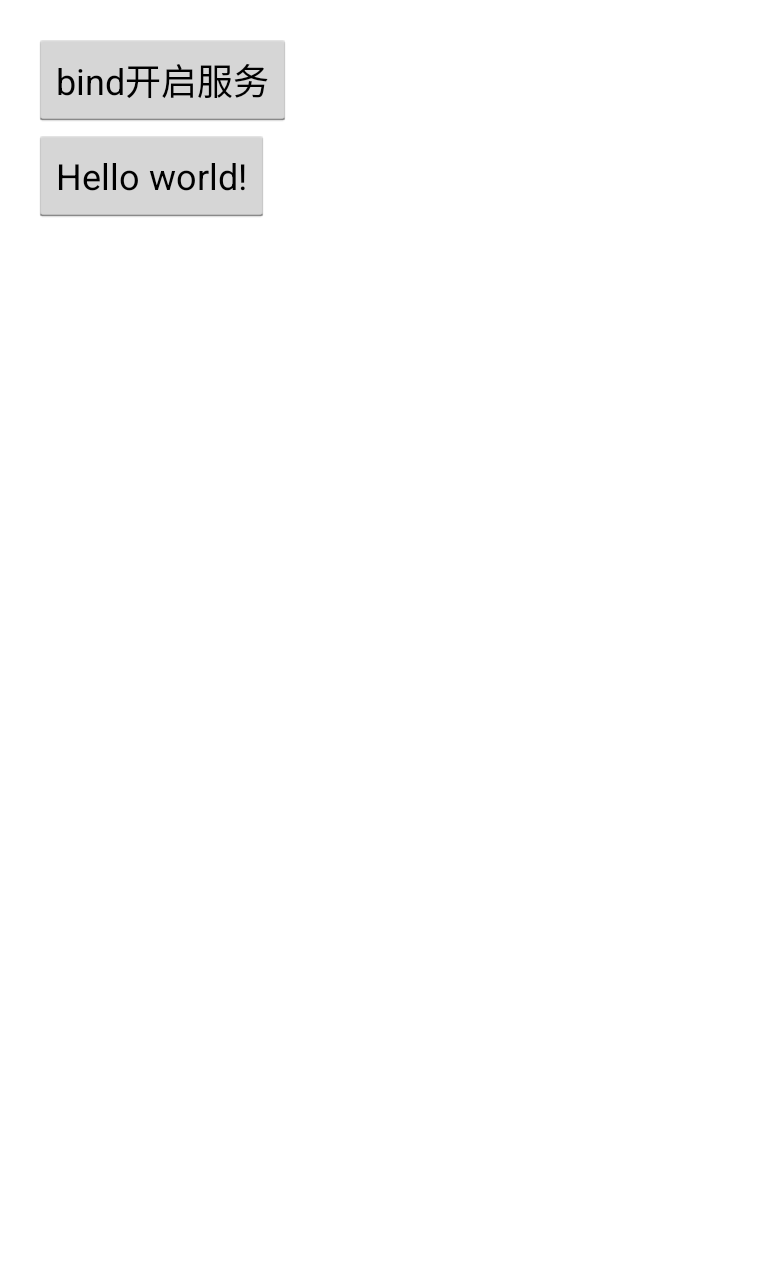
Repository: nickof/study
Layout: Android/itheima/day12服务/代码/Day12_04_bindService开启服务/res/layout/activity_main.xml
An editor plug-in stored every save of this project. The layout is shown before and after the next save, followed by the edit.
It is drawn on a 768 x 1280 px phone screen (xhdpi) without system bars, with theme AppTheme; the app's code is not run.

Above is the layout before, as saved 2016-09-20 03:35:03.

### Android/itheima/day12服务/代码/Day12_04_bindService开启服务/res/layout/activity_main.xml
<LinearLayout xmlns:android="http://schemas.android.com/apk/res/android"
    xmlns:tools="http://schemas.android.com/tools"
    android:layout_width="match_parent"
    android:layout_height="match_parent"
    android:paddingBottom="@dimen/activity_vertical_margin"
    android:paddingLeft="@dimen/activity_horizontal_margin"
    android:paddingRight="@dimen/activity_horizontal_margin"
    android:paddingTop="@dimen/activity_vertical_margin"
    android:orientation="vertical"
    tools:context=".MainActivity" >

    <Button
        android:layout_width="wrap_content"
        android:layout_height="wrap_content"
        android:onClick="start"
        android:text="bind开启服务" />
     <Button
        android:layout_width="wrap_content"
        android:layout_height="wrap_content"
        android:onClick="stop"
        android:text="@string/hello_world" />

</LinearLayout>

### Android/itheima/day12服务/代码/Day12_04_bindService开启服务/res/values/strings.xml
<?xml version="1.0" encoding="utf-8"?>
<resources>

    <string name="app_name">Day12_04_bindService开启服务</string>
    <string name="action_settings">Settings</string>
    <string name="hello_world">Hello world!</string>

</resources>

Loaded but not shown: Android/itheima/day12服务/代码/Day12_04_bindService开启服务/res/values/styles.xml (common file); Android/itheima/day12服务/代码/Day12_04_bindService开启服务/res/values-v11/styles.xml (common file); Android/itheima/day12服务/代码/Day12_04_bindService开启服务/res/values-v14/styles.xml (common file); Android/itheima/day12服务/代码/Day12_04_bindService开启服务/res/values/dimens.xml (common file)

After the next save:
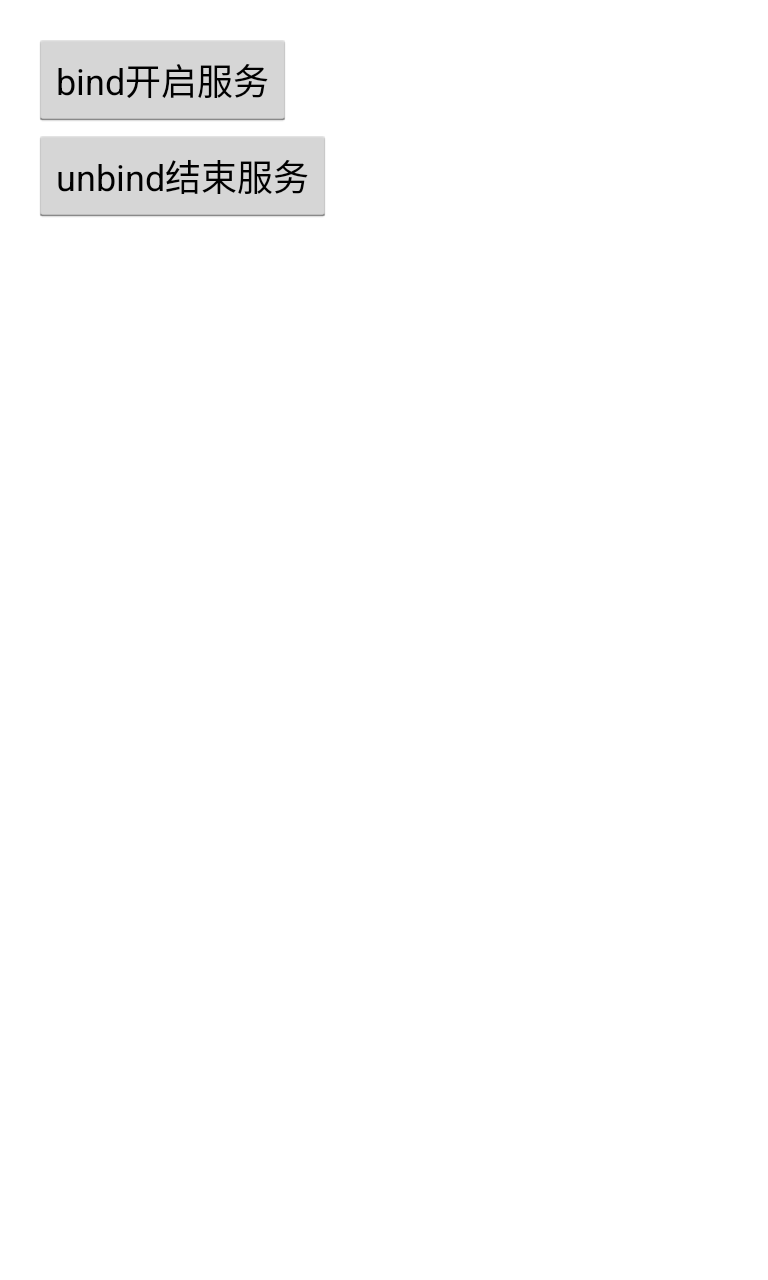
Saved 7 s later.
--- a/Android/itheima/day12服务/代码/Day12_04_bindService开启服务/res/layout/activity_main.xml
+++ b/Android/itheima/day12服务/代码/Day12_04_bindService开启服务/res/layout/activity_main.xml
@@ -18,6 +18,6 @@
         android:layout_width="wrap_content"
         android:layout_height="wrap_content"
         android:onClick="stop"
-        android:text="@string/hello_world" />
+        android:text="unbind结束服务" />
 
 </LinearLayout>
